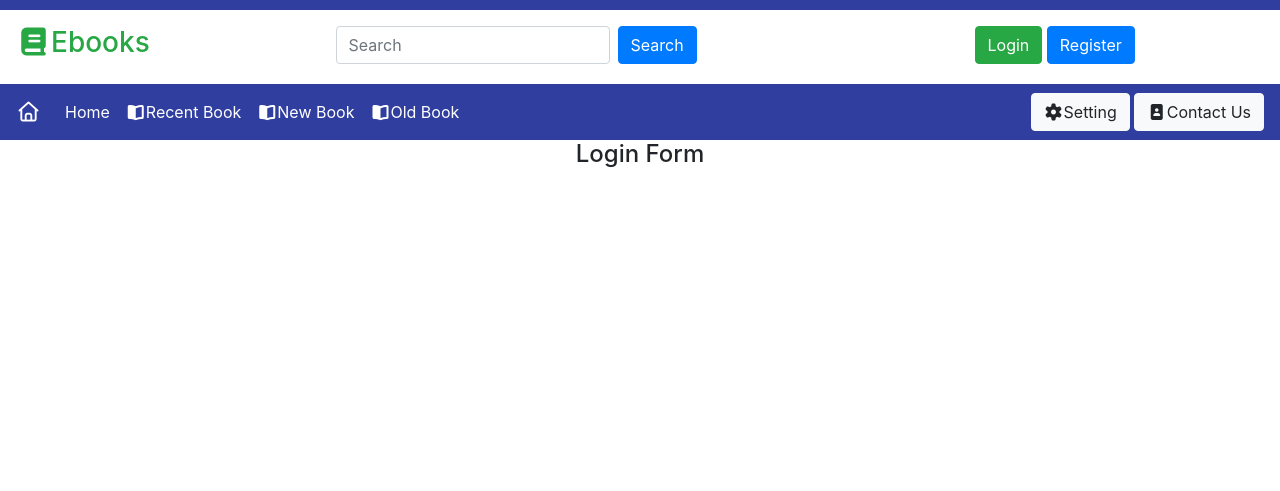
Repository: charming-lad/E-Book
Page: http://localhost/Ebook-App/login.jsp
An editor plug-in stored every save of this project. The page is shown before and after the next save, followed by the edit.
The browser window is 1280 px wide. The pictures show the whole page.
Some web libraries are served in a nearby version. The page is served by Tomcat 9.

Above is the page before, as saved 2026-01-23 17:48:15.

After the next save:
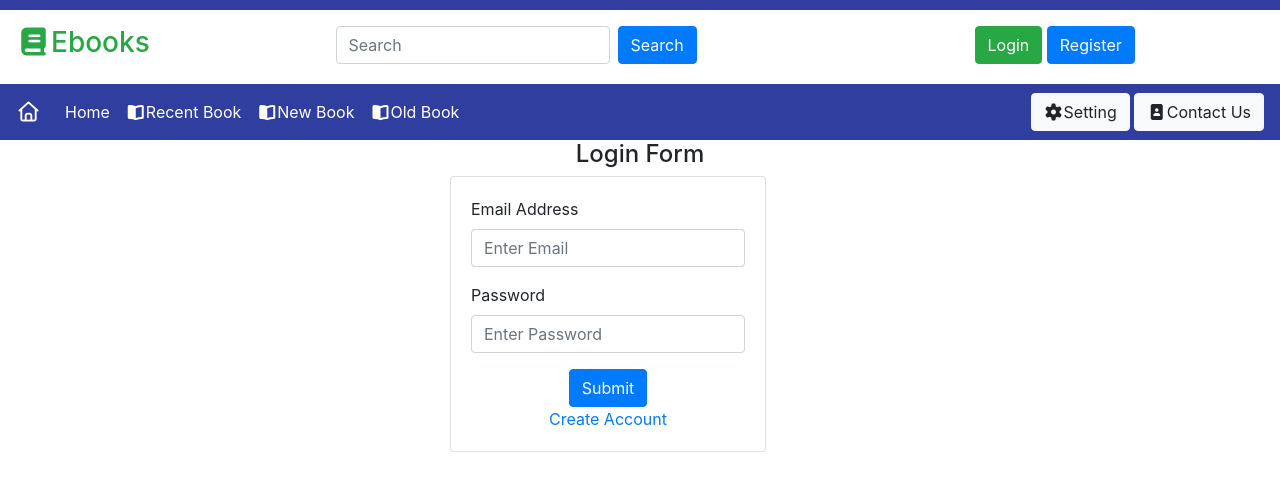
Saved 4 min 23 s later.
--- a/Ebook-App/src/main/webapp/login.jsp
+++ b/Ebook-App/src/main/webapp/login.jsp
@@ -11,7 +11,30 @@
 	<%@include file="allComponents/navbar.jsp"%>
 	<h4 class="text-center">Login Form</h4>
 	<div class="container">
-		<div class="row"></div>
+		<div class="row">
+			<div class="col-mid-4 offset-md-4">
+				<div class="card">
+					<div class="card-body">
+						<form>
+							<div class="form-group">
+								<label for="exampleInputEmail">Email Address</label> <input
+									type="email" class="form-control" id="exampleInputEmail"
+									aria-describedby="emailHelp" placeholder="Enter Email">
+							</div>
+							<div class="form-group">
+								<label for="exampltInputPassword1">Password</label> <input
+									type="password" class="form-control"
+									id="exampltInputPasssword1" placeholder="Enter Password">
+							</div>
+							<div class="text-center">
+								<button type="submit" class="btn btn-primary">Submit</button>
+								<br> <a href="register.jsp">Create Account</a>
+							</div>
+						</form>
+					</div>
+				</div>
+			</div>
+		</div>
 	</div>
 
 
